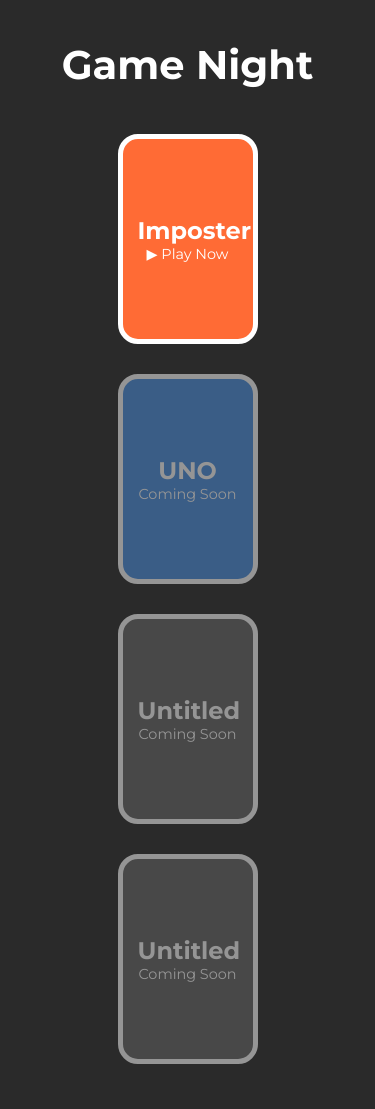
Repository: nfemmanuel/game-night-app
Page: /
The author's editor kept a copy of each file at every save. The page is drawn from the files as they stood at one save, then again after the next save.
The browser window is 375 px wide. The pictures show the whole page.
The project was rebuilt for these pictures with package versions that can differ from the ones it lists, and the page was loaded fresh each time. Also part of the build but not shown: src/components/HelpButton.jsx, src/components/BackButton.jsx, src/pages/ImposterSetup.jsx, src/data/wordList.js, src/pages/ImposterReveal.jsx, src/pages/ImposterVoting.jsx.

Above is the page before, as saved 2025-12-31 18:25:16.

### public/index.html
<!DOCTYPE html>
<html lang="en">
  <head>
    <meta charset="utf-8" />
    <link rel="icon" href="%PUBLIC_URL%/favicon.ico" />
    <link rel="preconnect" href="https://fonts.googleapis.com">
    <link rel="preconnect" href="https://fonts.gstatic.com" crossorigin>
    <link href="https://fonts.googleapis.com/css2?family=Montserrat:wght@400;600;700&display=swap" rel="stylesheet">
    <meta name="viewport" content="width=device-width, initial-scale=1" />
    <meta name="theme-color" content="#000000" />
    <meta
      name="description"
      content="Web site created using create-react-app"
    />
    <link rel="apple-touch-icon" href="%PUBLIC_URL%/logo192.png" />
    <!--
      manifest.json provides metadata used when your web app is installed on a
      user's mobile device or desktop. See https://developers.google.com/web/fundamentals/web-app-manifest/
    -->
    <link rel="manifest" href="%PUBLIC_URL%/manifest.json" />
    <!--
      Notice the use of %PUBLIC_URL% in the tags above.
      It will be replaced with the URL of the `public` folder during the build.
      Only files inside the `public` folder can be referenced from the HTML.

      Unlike "/favicon.ico" or "favicon.ico", "%PUBLIC_URL%/favicon.ico" will
      work correctly both with client-side routing and a non-root public URL.
      Learn how to configure a non-root public URL by running `npm run build`.
    -->
    <title>React App</title>
  </head>
  <body>
    <noscript>You need to enable JavaScript to run this app.</noscript>
    <div id="root"></div>
    <!--
      This HTML file is a template.
      If you open it directly in the browser, you will see an empty page.

      You can add webfonts, meta tags, or analytics to this file.
      The build step will place the bundled scripts into the <body> tag.

      To begin the development, run `npm start` or `yarn start`.
      To create a production bundle, use `npm run build` or `yarn build`.
    -->
  </body>
</html>

### src/App.js
import { BrowserRouter, Routes, Route } from 'react-router-dom';
import './styles/global.css';
import LandingPage from './pages/LandingPage';
import ImposterSetup from './pages/ImposterSetup';
import ImposterReveal from './pages/ImposterReveal';
import ImposterVoting from './pages/ImposterVoting';

function App() {
  return (
    <BrowserRouter>
      <Routes>
        <Route path="/" element={<LandingPage />} />
        <Route path="/imposter-setup" element={<ImposterSetup />} />
        <Route path="/imposter-reveal" element={<ImposterReveal />} />
        <Route path="/imposter-voting" element={<ImposterVoting />} />
      </Routes>
    </BrowserRouter>
  );
}

export default App;

### src/styles/global.css
* {
    margin: 0;
    padding: 0;
    box-sizing: border-box;
}

body {
    font-family: 'Montserrat', 'Helvetica Neue', 'Arial', sans-serif;
    background-color: rgb(42, 42, 42);
    color: white;
    overflow: hidden;
}

button {
    cursor: pointer;
    border: none;
    border-radius: 5px;
    font-family: inherit;
    font-size: 1rem;
    padding: 10px 20px;
}

/* Mobile adjustments only - won't affect desktop */
@media (max-width: 768px) {
    body {
        overflow-y: auto;
    }

    /* Make large headings smaller on mobile */
    h1 {
        font-size: 3rem !important;
    }

    .card h2 {
        font-size: clamp(1.4rem, 4vw, 1.8rem);
        margin-bottom: clamp(10px, 2vw, 15px);
    }
}

@media (max-width: 480px) {
    h1 {
        font-size: 2.5rem !important;
    }

    .card h2 {
        font-size: clamp(1.2rem, 4vw, 1.8rem);
        margin-bottom: clamp(8px, 2vw, 15px);
    }
}

### src/pages/LandingPage.jsx
import { useNavigate } from 'react-router-dom';
import GameCard from '../components/GameCard';
import HelpButton from '../components/HelpButton';

function LandingPage() {
    const navigate = useNavigate();

    const handleClick = (gameName, route) => {
        if (route) {
            navigate(route);
        }
    };

    return (
        <div style={{ padding: '40px', textAlign: 'center' }}>
            <h1 style={{ fontSize: '10rem' }}>Game Night</h1>

            <div style={{
                display: 'flex',
                gap: '20px',
                justifyContent: 'center',
                marginTop: '40px',
                flexWrap: 'wrap',
                padding: '0 10px'  // Add padding on sides for mobile
            }}>
                <GameCard
                    name="Imposter"
                    available={true}
                    color="orange"
                    onClick={() => handleClick("Imposter", "/imposter-setup")}
                />
                <GameCard
                    name="UNO"
                    available={false}
                    color="blue"
                    onClick={() => handleClick("UNO", "/uno-setup")}
                />
                <GameCard
                    name="Untitled"
                    available={false}
                    onClick={() => { }}
                />
                <GameCard
                    name="Untitled"
                    available={false}
                    onClick={() => { }}
                />
            </div>
        </div>
    );
}

export default LandingPage;

### src/components/GameCard.jsx
import styles from './GameCard.module.css';

function GameCard({ name, available, onClick, color }) {  // Add color here
    // Combine card + available/disabled classes + color
    const cardClasses = `${styles.card} ${available ? styles.available : styles.disabled} ${color ? styles[color] : ''}`;

    return (
        <div
            className={cardClasses}
            onClick={available ? onClick : null}
        >
            <h2>{name}</h2>
            <p>{available ? '▶ Play Now' : 'Coming Soon'}</p>
        </div>
    );
}

export default GameCard;

### src/components/GameCard.module.css
.card {
    width: 225px;
    height: 330px;
    padding: 30px;
    margin: 10px;
    border-radius: 20px;
    border: 10px solid white;
    text-align: center;
    transition: all 0.3s ease;
    display: flex;
    flex-direction: column;
    justify-content: center;
}

.available {
    color: white;
    cursor: pointer;
}

.available:hover {
    transform: scale(1.05);
}

.disabled {
    background-color: #666;
    color: white;
    cursor: not-allowed;
    opacity: 0.5;
}

.orange {
    background-color: #FF6B35;
}

.orange:hover {
    box-shadow: 0 0 20px rgba(255, 107, 53, 0.6);
}

.blue {
    background-color: #4A90E2;
}

.blue:hover {
    box-shadow: 0 0 20px rgba(74, 144, 226, 0.6);
}

/* Mobile: smaller cards */
@media (max-width: 768px) {
    .card {
        width: 160px;
        height: 240px;
        padding: 20px;
        margin: 8px;
        border: 6px solid white;
    }
}

@media (max-width: 480px) {
    .card {
        width: 140px;
        height: 210px;
        padding: 15px;
        margin: 5px;
        border: 5px solid white;
    }

    .card h1 {
        font-size: 1.3rem;
    }

    .card p {
        font-size: 0.9rem;
    }
}

Loaded but not shown: src/index.js (common file); src/index.css (common file); src/reportWebVitals.js (common file)

After the next save:
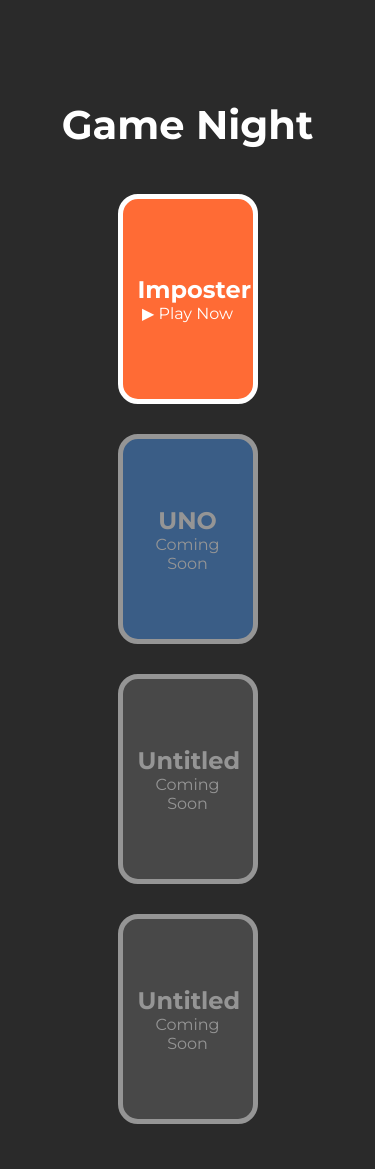
Saved 13 s later.
--- a/src/styles/global.css
+++ b/src/styles/global.css
@@ -20,20 +20,53 @@ button {
     padding: 10px 20px;
 }
 
-/* Mobile adjustments only - won't affect desktop */
+/* Prevent scrolling under fixed buttons */
+body {
+    padding-top: 70px;
+}
+
+/* Mobile adjustments */
 @media (max-width: 768px) {
-    body {
-        overflow-y: auto;
-    }
 
-    /* Make large headings smaller on mobile */
+    /* Large headings smaller on mobile */
     h1 {
         font-size: 3rem !important;
     }
 
-    .card h2 {
-        font-size: clamp(1.4rem, 4vw, 1.8rem);
-        margin-bottom: clamp(10px, 2vw, 15px);
+    h2 {
+        font-size: 1.8rem !important;
+    }
+
+    h3 {
+        font-size: 1.3rem !important;
+    }
+
+    p {
+        font-size: 1rem !important;
+    }
+
+    /* Smaller back/help buttons on mobile */
+    .back-button {
+        padding: 8px 12px !important;
+        font-size: 1rem !important;
+        top: 10px !important;
+        left: 10px !important;
+    }
+
+    .help-button-container {
+        top: 10px !important;
+        right: 10px !important;
+    }
+
+    .help-button {
+        width: 30px !important;
+        height: 30px !important;
+        font-size: 1.2rem !important;
+    }
+
+    /* Reduce padding on mobile */
+    body {
+        padding-top: 60px;
     }
 }
 
@@ -42,8 +75,13 @@ button {
         font-size: 2.5rem !important;
     }
 
-    .card h2 {
-        font-size: clamp(1.2rem, 4vw, 1.8rem);
-        margin-bottom: clamp(8px, 2vw, 15px);
+    h2 {
+        font-size: 1.5rem !important;
     }
 }
+
+/* Landing page can scroll on mobile */
+.landing-page {
+    overflow-y: auto !important;
+    height: 100vh;
+}
